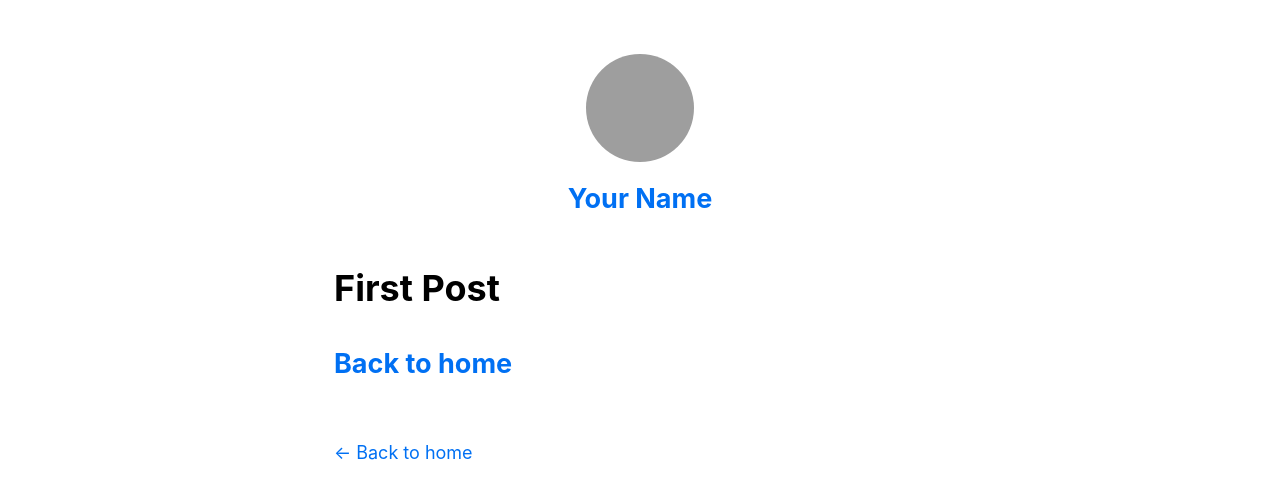
Repository: MartineBoulanger/nextjs-blog
Page: /posts/first-post
An editor plug-in stored every save of this project. The page is shown before and after the next save, followed by the edit.
The browser window is 1280 px wide. The pictures show the whole page.
Pictures or frames that could not be fetched are drawn as grey boxes. The project was rebuilt for these pictures with package versions that can differ from the ones it lists, and the page was loaded fresh each time. The framework's server and built-in components were replaced by stand-ins that run in the browser. Also part of the build but not shown: next.config.js.

Above is the page before, as saved 2022-07-19 15:09:27.

### pages/_app.js
import '../styles/global.css';

const App = ({ Component, pageProps }) => {
  return <Component {...pageProps} />;
};

export default App;

### pages/posts/first-post.js
import Link from 'next/link';
import Head from 'next/head';
import Layout from '../../components/layout';

const FirstPost = () => {
  return (
    <Layout>
      <Head>
        <title>First Post</title>
      </Head>

      <h1>First Post</h1>
      <h2>
        <Link href='/'>
          <a>Back to home</a>
        </Link>
      </h2>
    </Layout>
  );
};

export default FirstPost;

### components/layout.js
import Head from 'next/head';
import Image from 'next/image';
import styles from './layout.module.css';
import utilStyles from '../styles/utils.module.css';
import Link from 'next/link';

const name = 'Your Name';
export const siteTitle = 'Next.js Sample Website';

const Layout = ({ children, home }) => {
  return (
    <div className={styles.container}>
      <Head>
        <link rel='icon' href='/favicon.ico' />
        <meta
          name='description'
          content='Learn how to build a personal website using Next.js'
        />
        <meta
          property='og:image'
          content={`https://og-image.vercel.app/${encodeURI(
            siteTitle
          )}.png?theme=light&md=0&fontSize=75px&images=https%3A%2F%2Fassets.vercel.com%2Fimage%2Fupload%2Ffront%2Fassets%2Fdesign%2Fnextjs-black-logo.svg`}
        />
        <meta name='og:title' content={siteTitle} />
        <meta name='twitter:card' content='summary_large_image' />
      </Head>
      <header className={styles.header}>
        {home ? (
          <>
            <Image
              priority
              src='/images/profile.jpg'
              className={utilStyles.borderCircle}
              height={144}
              width={144}
              alt={name}
            />
            <h1 className={utilStyles.heading2Xl}>{name}</h1>
          </>
        ) : (
          <>
            <Link href='/'>
              <a>
                <Image
                  priority
                  src='/images/profile.jpg'
                  className={utilStyles.borderCircle}
                  height={108}
                  width={108}
                  alt={name}
                />
              </a>
            </Link>
            <h2 className={utilStyles.headingLg}>
              <Link href='/'>
                <a className={utilStyles.colorInherit}>{name}</a>
              </Link>
            </h2>
          </>
        )}
      </header>
      <main>{children}</main>
      {!home && (
        <div className={styles.backToHome}>
          <Link href='/'>
            <a>← Back to home</a>
          </Link>
        </div>
      )}
    </div>
  );
};

export default Layout;

Loaded but not shown: styles/global.css (common file); components/layout.module.css (common file); styles/utils.module.css (common file)

After the next save:
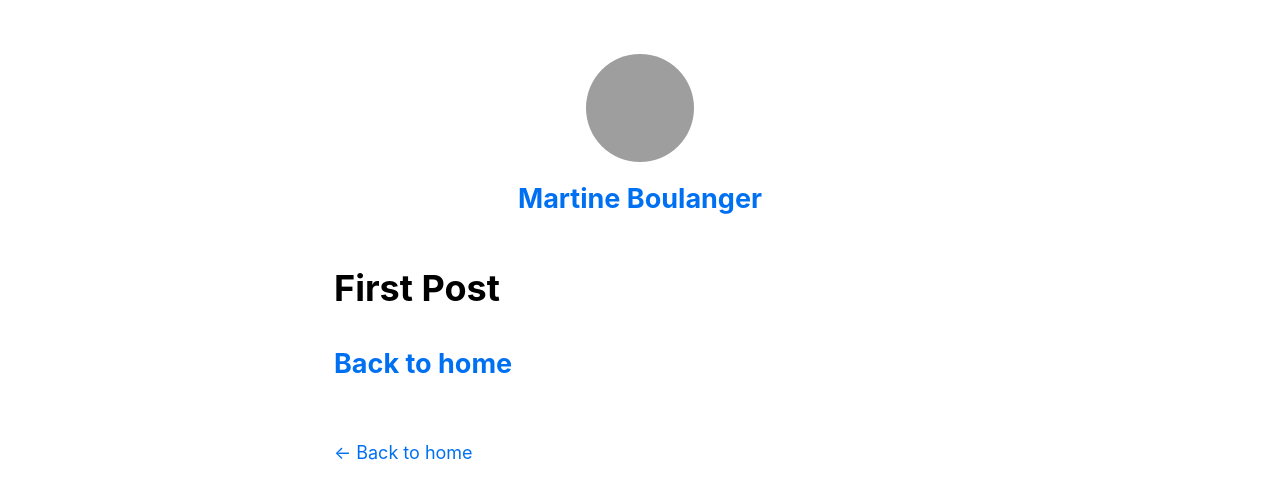
Saved 9 s later.
--- a/components/layout.js
+++ b/components/layout.js
@@ -4,7 +4,7 @@ import styles from './layout.module.css';
 import utilStyles from '../styles/utils.module.css';
 import Link from 'next/link';
 
-const name = 'Your Name';
+const name = 'Martine Boulanger';
 export const siteTitle = 'Next.js Sample Website';
 
 const Layout = ({ children, home }) => {
